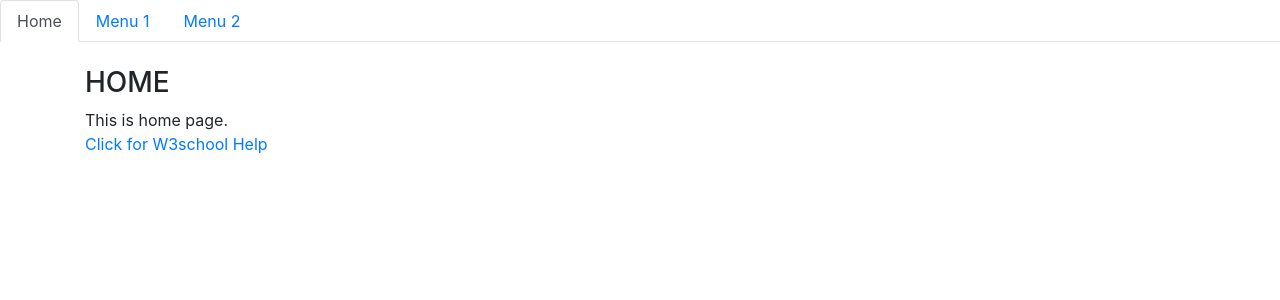
Repository: mindcafe/LiveDataDisplayFrontend
Page: LatestWorkspace/AlMark/WebContent/index2.html
An editor plug-in stored every save of this project. The page is shown before and after the next save, followed by the edit.
The browser window is 1280 px wide. The pictures show the whole page.

Above is the page before, as saved 2018-06-30 22:31:27.

### LatestWorkspace/AlMark/WebContent/index2.html
<!DOCTYPE html PUBLIC "-//W3C//DTD HTML 4.01 Transitional//EN" "http://www.w3.org/TR/html4/loose.dtd">
<html>
<head>
<meta http-equiv="Content-Type" content="text/html; charset=ISO-8859-1">
<title>ALMark</title>
<meta name="viewport" content="width=device-width, initial-scale=1">
  <link rel="stylesheet" href="libraries\bootstrap.min.css">
  <script src="libraries\jquery-3.3.1.min.js"></script>
  <script src="libraries\bootstrap.bundle.min.js"></script>
 </head>
<body>

  <!-- Tab panes -->
<ul class="nav nav-tabs" role="tablist">
	<li class="nav-item">
      <a class="nav-link active" data-toggle="tab" href="#home">Home</a>
    </li>

	<li class="nav-item">
      <a class="nav-link " data-toggle="tab" href="#menu1">Menu 1</a>
    </li>
    <li class="nav-item">
      <a class="nav-link" data-toggle="tab" href="#menu2">Menu 2</a>
    </li>
  </ul>

  <!-- Tab panes -->
  <div class="tab-content">

  	<div id="menu1" class="container tab-pane"><br>
      <h3>Menu 1</h3>
      <p>This is Menu 1.</p>
    </div>
    <div id="home" class="container tab-pane active"><br>
      <h3>HOME</h3>
      <p>This is home page.<br>
      	<a target="_blank" href="https://www.w3schools.com/bootstrap4/tryit.asp?filename=trybs_grid_ex_structure&stacked=h">Click for W3school Help</a>
      </p>
    </div>

    <div id="menu2" class="container tab-pane "><br>
      <h3>Menu 2</h3>
      <p>This is in Menu 2 page</p>
    </div>
  </div>
</div>
</body>
</html>

Loaded but not shown: LatestWorkspace/AlMark/WebContent/libraries/bootstrap.min.css (library); LatestWorkspace/AlMark/WebContent/libraries/jquery-3.3.1.min.js (library); LatestWorkspace/AlMark/WebContent/libraries/bootstrap.bundle.min.js (library)

After the next save:
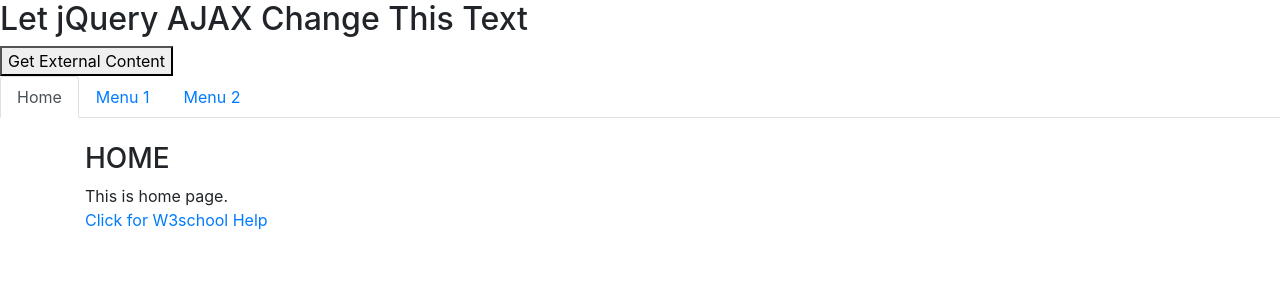
Saved 55 s later.
--- a/LatestWorkspace/AlMark/WebContent/index2.html
+++ b/LatestWorkspace/AlMark/WebContent/index2.html
@@ -7,8 +7,23 @@
   <link rel="stylesheet" href="libraries\bootstrap.min.css">
   <script src="libraries\jquery-3.3.1.min.js"></script>
   <script src="libraries\bootstrap.bundle.min.js"></script>
+
+  <script>
+$(document).ready(function(){
+    $("button").click(function(){
+        $.ajax({url: "demo_test.txt", success: function(result){
+            $("#div1").html(result);
+        }});
+    });
+});
+</script>
+
  </head>
 <body>
+
+<div id="div1"><h2>Let jQuery AJAX Change This Text</h2></div>
+
+<button>Get External Content</button>
 
   <!-- Tab panes -->
 <ul class="nav nav-tabs" role="tablist">

After the 2 saves that followed:
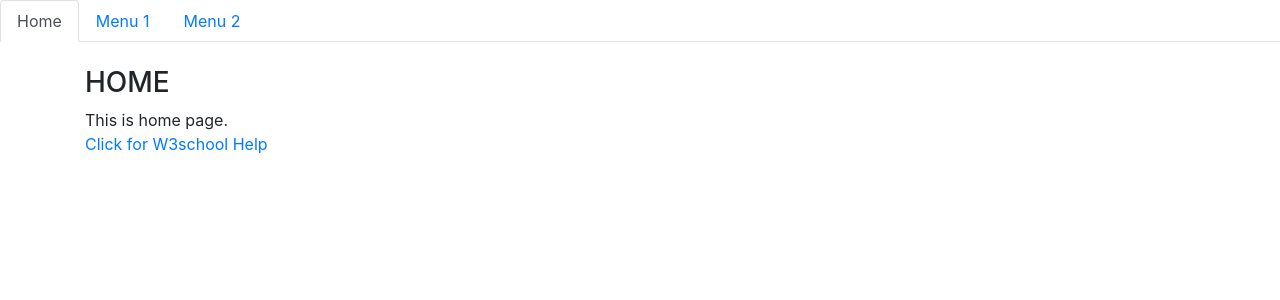
The 2 saves are shown as one change because 1 left the picture as it was.
The last was saved 2 min 29 s later.
--- a/LatestWorkspace/AlMark/WebContent/index2.html
+++ b/LatestWorkspace/AlMark/WebContent/index2.html
@@ -8,23 +8,23 @@
   <script src="libraries\jquery-3.3.1.min.js"></script>
   <script src="libraries\bootstrap.bundle.min.js"></script>
 
-  <script>
+  <!-- <script>
 $(document).ready(function(){
     $("button").click(function(){
-        $.ajax({url: "demo_test.txt", success: function(result){
+        $.ajax({url: 'https://66cfdaeb-3982-4599-af5a-03db28e5741d.mock.pstmn.io/witsLogData', success: function(result){
             $("#div1").html(result);
         }});
     });
 });
-</script>
+</script> -->
 
  </head>
 <body>
 
-<div id="div1"><h2>Let jQuery AJAX Change This Text</h2></div>
+<!-- <div id="div1"><h2>Let jQuery AJAX Change This Text</h2></div>
 
 <button>Get External Content</button>
-
+ -->
   <!-- Tab panes -->
 <ul class="nav nav-tabs" role="tablist">
 	<li class="nav-item">
@@ -49,7 +49,7 @@
     <div id="home" class="container tab-pane active"><br>
       <h3>HOME</h3>
       <p>This is home page.<br>
-      	<a target="_blank" href="https://www.w3schools.com/bootstrap4/tryit.asp?filename=trybs_grid_ex_structure&stacked=h">Click for W3school Help</a>
+      	<a target="_blank" href="https://66cfdaeb-3982-4599-af5a-03db28e5741d.mock.pstmn.io/witsLogData">Click for W3school Help</a>
       </p>
     </div>
 
